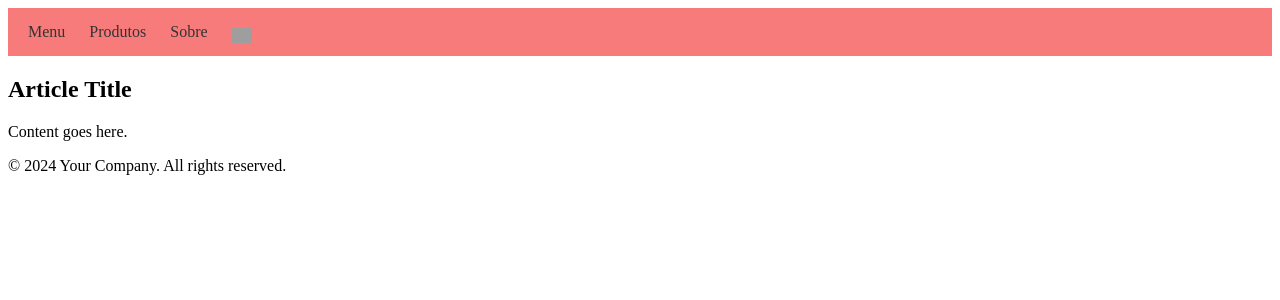
Repository: rafael-beeb/blog-not
Page: myblog/html/index.html
An editor plug-in stored every save of this project. The page is shown before and after the next save, followed by the edit.
The browser window is 1280 px wide. The pictures show the whole page.
Pictures or frames that could not be fetched are drawn as grey boxes.

Above is the page before, as saved 2024-09-19 09:24:34.

### myblog/html/index.html
<!DOCTYPE html>
<html lang="en">
<head>
    <meta charset="UTF-8">
    <meta name="viewport" content="width=device-width, initial-scale=1.0">
    <title>Document</title>
    <link rel="stylesheet" href="../css/styles.css">
</head>
<body>
    <header>
        <nav>
            <a href="#menu">Menu</a>
            <a href="#produtos">Produtos</a>
            <a href="#sobre">Sobre</a>

            <img src="../free-wifi.png" alt="">
        </nav>


    </header>
    <main>
        <article>
            <h1>Article Title</h1>
            <p>Content goes here.</p>
        </article>
    </main>
    <footer>
        <p>&copy; 2024 Your Company. All rights reserved.</p>
    </footer>
</body>
</html>

### myblog/css/styles.css
nav {
    background-color: #f87b7b; /* Example background color */
    padding: 10px; /* Add some padding */
}

nav a {
    display: inline-flex;
    text-decoration: none;
    padding: 5px 10px; /* Space around the links */
    color: #333; /* Link color */
}

nav a:hover {
    background-color: #e0e0e0; /* Change background on hover */
    border-radius: 5px; /* Rounded corners on hover */
}
nav img:hover {
    background-color: #e0e0e0; /* Change background on hover */
    border-radius: 5px; /* Rounded corners on hover */
}

nav img{
    width: 20px;
    transform: translateY(6px);
    padding-left: 10px;

}

After the next save:
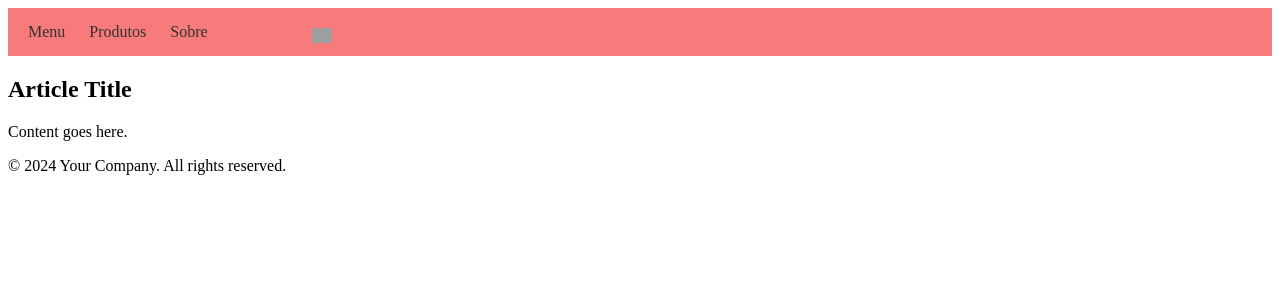
Saved 5 s later.
--- a/myblog/css/styles.css
+++ b/myblog/css/styles.css
@@ -22,6 +22,6 @@
 nav img{
     width: 20px;
     transform: translateY(6px);
-    padding-left: 10px;
+    padding-left: 90px;
 
 }
